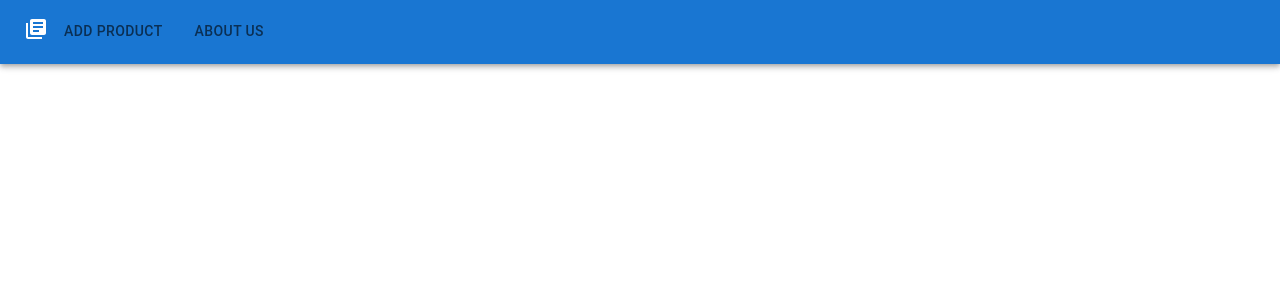
Repository: CydexCode/Book_Store_App-MERN-Stack
Page: /add (app in book-store/)
These files come from the project's save history. The page is drawn as it stood at one moment and after the next save; the edit follows.
The browser window is 1280 px wide. The pictures show the whole page.
The project was rebuilt for these pictures with package versions that can differ from the ones it lists, and the page was loaded fresh each time.

Above is the page before, as saved 2022-09-08 03:18:57.

After the next save:
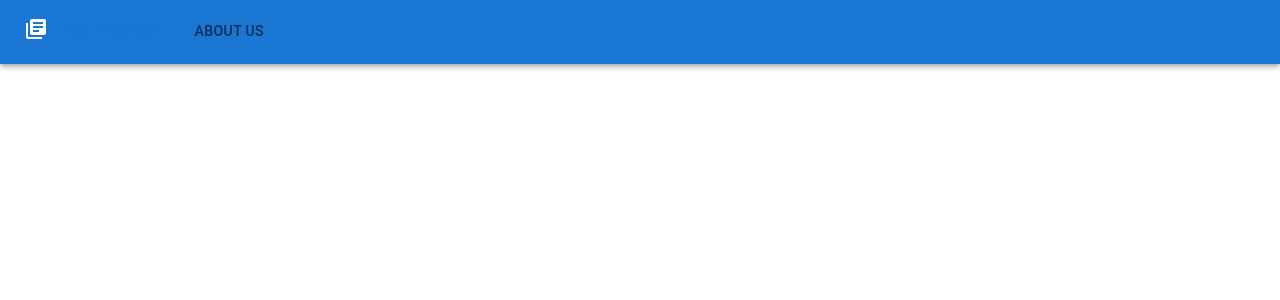
Saved 77 s later.
--- a/book-store/src/components/Header.js
+++ b/book-store/src/components/Header.js
@@ -10,7 +10,7 @@ const Header = () => {
             <LibraryBooksIcon />
             </Typography>
 
-            <Tabs>
+            <Tabs value={0}>
                 <Tab label="Add product" />
                 <Tab label="About Us" />
             </Tabs>
